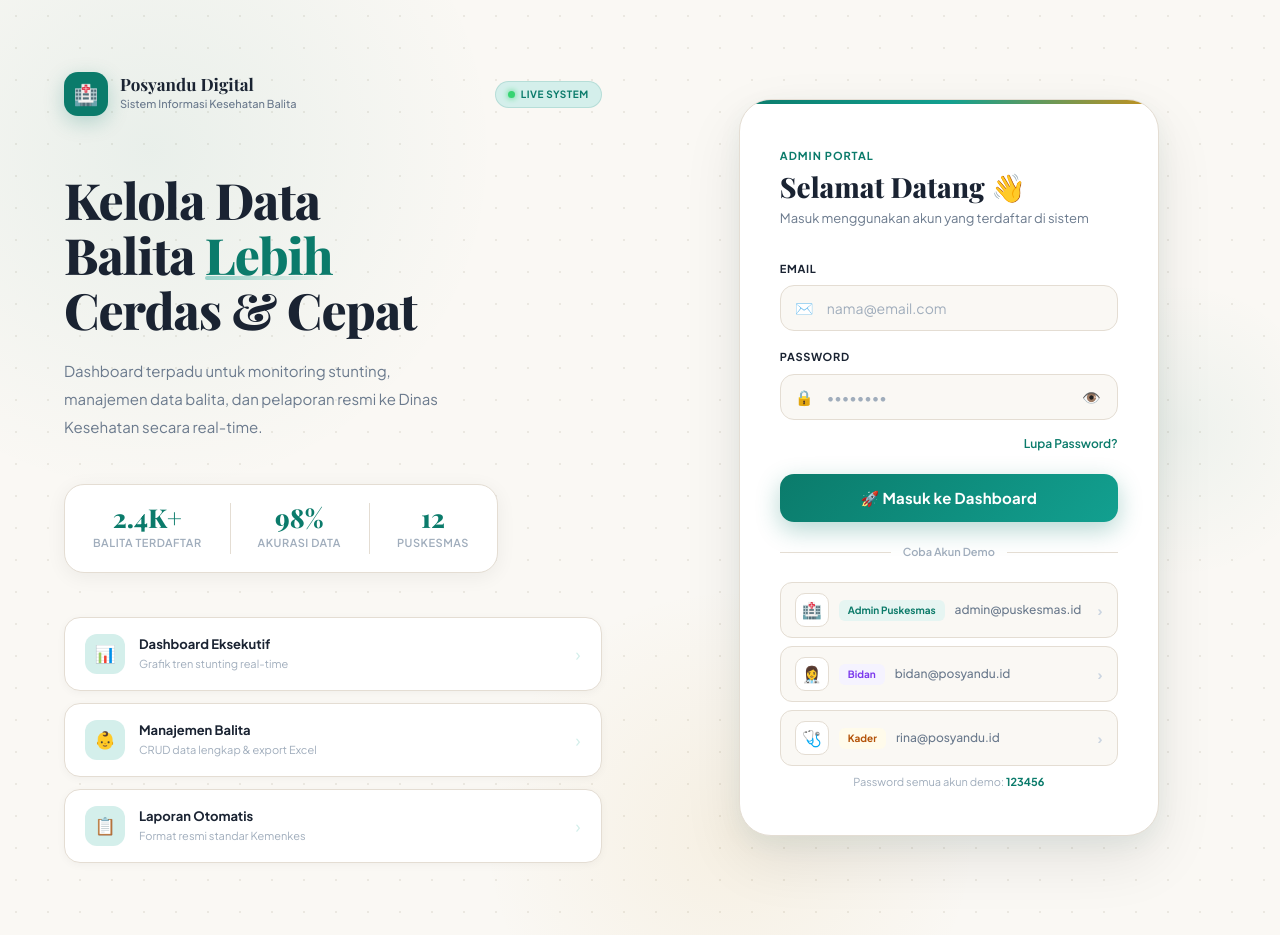
Repository: RiskyXfebriansyah/project_pui
Page: /
The author's editor kept a copy of each file at every save. The page is drawn from the files as they stood at one save, then again after the next save.
The browser window is 1280 px wide. The pictures show the whole page.
The project was rebuilt for these pictures with package versions that can differ from the ones it lists, and the page was loaded fresh each time. Also part of the build but not shown: vite.config.js, src/utils/helpers.js, src/components/ui/Components.jsx, src/data/dummyData.js, src/pages/DashboardPage.jsx, src/pages/BalitaPage.jsx, src/pages/LaporanPage.jsx, src/pages/JadwalPage.jsx and 3 more.

Above is the page before, as saved 2026-03-03 08:12:25.

After the next save:
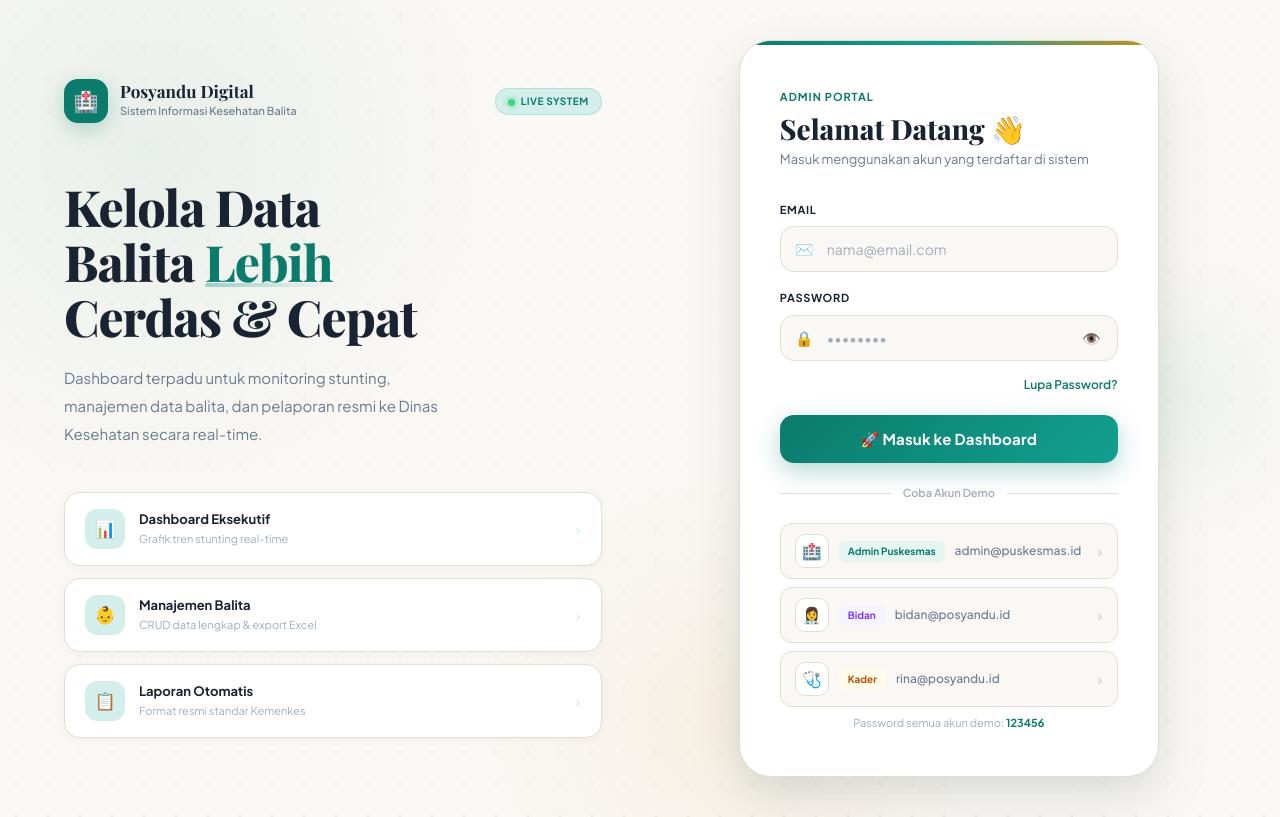
Saved 14 s later.
--- a/src/pages/LoginPage.jsx
+++ b/src/pages/LoginPage.jsx
@@ -541,18 +541,7 @@ export default function LoginPage({ onLogin, error: externalError }) {
             dan pelaporan resmi ke Dinas Kesehatan secara real-time.
           </p>
 
-          <div className="stats-row">
-            {[
-              { num: '2.4K+', label: 'Balita Terdaftar' },
-              { num: '98%',   label: 'Akurasi Data' },
-              { num: '12',    label: 'Puskesmas' },
-            ].map(({ num, label }) => (
-              <div key={label} className="stat-item">
-                <div className="stat-num">{num}</div>
-                <div className="stat-label">{label}</div>
-              </div>
-            ))}
-          </div>
+
 
           <div className="features-col">
             {[
